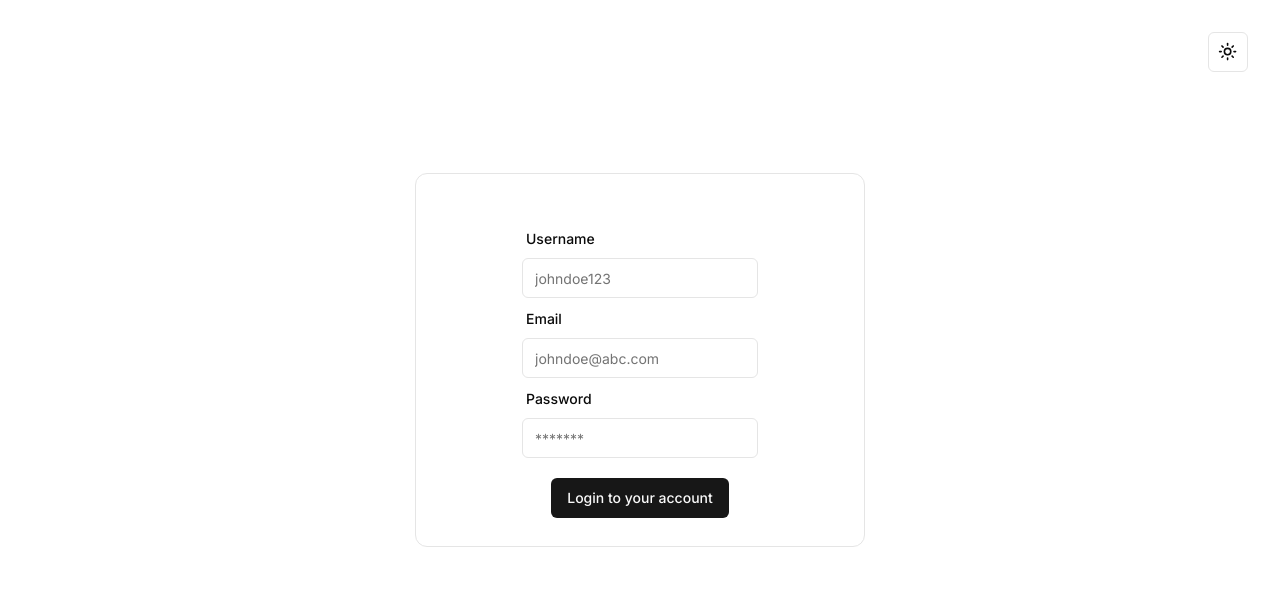
Repository: nickgoel31/authentication-toolkit
Page: /sign-up
These files come from the project's save history. The page is drawn as it stood at one moment and after the next save; the edit follows.
The browser window is 1280 px wide. The pictures show the whole page.
The project was rebuilt for these pictures with package versions that can differ from the ones it lists, and the page was loaded fresh each time. The framework's server and built-in components were replaced by stand-ins that run in the browser. Also part of the build but not shown: next.config.mjs.

Above is the page before, as saved 2024-02-04 13:54:24.

### app/layout.tsx
import type { Metadata } from "next";
import { Inter } from "next/font/google";
import "./globals.css";
import { ThemeProvider } from "@/providers/theme-provider";
import { ModeToggle } from "@/components/mode-toggle";

const inter = Inter({ subsets: ["latin"] });

export const metadata: Metadata = {
  title: "Authentication App",
  description: "Generated by create next app",
};

export default function RootLayout({
  children,
}: Readonly<{
  children: React.ReactNode;
}>) {
  return (
    <html lang="en">
      <body className={inter.className}>
      <ThemeProvider
        attribute="class"
        defaultTheme="system"
        enableSystem
        disableTransitionOnChange
        >
        <div className="relative h-full">
          {children}
          <div className="absolute top-8 right-8">
            <ModeToggle />
          </div>
        </div>

      </ThemeProvider>
      </body>
    </html>
  );
}

### app/(auth)/layout.tsx
import React from 'react'

const AuthLayout = ({children} : {children:React.ReactNode}) => {
  return (
    <div className='h-full flex flex-col items-center justify-center'>
        {children}
    </div>
  )
}

export default AuthLayout

### app/(auth)/sign-up/page.tsx
import FormWrapper from '@/components/auth/form-wrapper'
import SignUpForm from '@/components/auth/sign-up-form'
import React from 'react'

const SignUpPage = () => {
  return (
    <FormWrapper

    >
      <SignUpForm />
    </FormWrapper>
  )
}

export default SignUpPage

### app/globals.css
@tailwind base;
@tailwind components;
@tailwind utilities;

html,body{
  height: 100%;
}

@layer base {
  :root {
    --background: 0 0% 100%;
    --foreground: 0 0% 3.9%;

    --card: 0 0% 100%;
    --card-foreground: 0 0% 3.9%;

    --popover: 0 0% 100%;
    --popover-foreground: 0 0% 3.9%;

    --primary: 0 0% 9%;
    --primary-foreground: 0 0% 98%;

    --secondary: 0 0% 96.1%;
    --secondary-foreground: 0 0% 9%;

    --muted: 0 0% 96.1%;
    --muted-foreground: 0 0% 45.1%;

    --accent: 0 0% 96.1%;
    --accent-foreground: 0 0% 9%;

    --destructive: 0 84.2% 60.2%;
    --destructive-foreground: 0 0% 98%;

    --border: 0 0% 89.8%;
    --input: 0 0% 89.8%;
    --ring: 0 0% 3.9%;

    --radius: 0.5rem;
  }

  .dark {
    --background: 0 0% 3.9%;
    --foreground: 0 0% 98%;

    --card: 0 0% 3.9%;
    --card-foreground: 0 0% 98%;

    --popover: 0 0% 3.9%;
    --popover-foreground: 0 0% 98%;

    --primary: 0 0% 98%;
    --primary-foreground: 0 0% 9%;

    --secondary: 0 0% 14.9%;
    --secondary-foreground: 0 0% 98%;

    --muted: 0 0% 14.9%;
    --muted-foreground: 0 0% 63.9%;

    --accent: 0 0% 14.9%;
    --accent-foreground: 0 0% 98%;

    --destructive: 0 62.8% 30.6%;
    --destructive-foreground: 0 0% 98%;

    --border: 0 0% 14.9%;
    --input: 0 0% 14.9%;
    --ring: 0 0% 83.1%;
  }
}

@layer base {
  * {
    @apply border-border;
  }
  body {
    @apply bg-background text-foreground;
  }
}

### components/mode-toggle.tsx
"use client"

import * as React from "react"
import { Moon, Sun } from "lucide-react"
import { useTheme } from "next-themes"

import { Button } from "@/components/ui/button"
import {
  DropdownMenu,
  DropdownMenuContent,
  DropdownMenuItem,
  DropdownMenuTrigger,
} from "@/components/ui/dropdown-menu"

export function ModeToggle() {
  const { setTheme } = useTheme()

  return (
    <DropdownMenu>
      <DropdownMenuTrigger asChild>
        <Button variant="outline" size="icon">
          <Sun className="h-[1.2rem] w-[1.2rem] rotate-0 scale-100 transition-all dark:-rotate-90 dark:scale-0" />
          <Moon className="absolute h-[1.2rem] w-[1.2rem] rotate-90 scale-0 transition-all dark:rotate-0 dark:scale-100" />
          <span className="sr-only">Toggle theme</span>
        </Button>
      </DropdownMenuTrigger>
      <DropdownMenuContent align="end">
        <DropdownMenuItem onClick={() => setTheme("light")}>
          Light
        </DropdownMenuItem>
        <DropdownMenuItem onClick={() => setTheme("dark")}>
          Dark
        </DropdownMenuItem>
        <DropdownMenuItem onClick={() => setTheme("system")}>
          System
        </DropdownMenuItem>
      </DropdownMenuContent>
    </DropdownMenu>
  )
}

### components/auth/form-wrapper.tsx
import React from 'react'
import { Button } from '../ui/button';
import { FaGoogle } from 'react-icons/fa6';
import { BsGithub } from 'react-icons/bs';

interface FormWrapperProps {
    children:React.ReactNode;
    title?: string | undefined;
    tag?: string | undefined;
    showSocial?: boolean;
    backHref?: string | undefined;
    backLabel?: string | undefined;
}

const FormWrapper = ({children, title, tag, backHref, backLabel, showSocial=false} : FormWrapperProps) => {
  return (
    <div className='flex flex-col items-center justify-center text-center p-6 py-7 border w-[450px] rounded-xl'>
        <div className='flex flex-col gap-2'>
            <h2 className='text-3xl font-semibold'>{title}</h2>
            <p className='text-muted-foreground font-medium'>{tag}</p>
            <div className='mt-2 flex flex-col text-start'>
                {children}
            </div>

        </div>
        <div className='w-full'>
            {showSocial && (
                <>
                    <hr  className='mt-5 mb-5'/>
                    <div className='flex items-center justify-center gap-3 w-full'>
                        <Button variant={'outline'} className='w-full'><BsGithub size={18}/></Button>
                        <Button variant={'outline'} className='w-full flex items-center gap-2'>
                            <FaGoogle size={17}/></Button>
                    </div>
                </>
            )}
        </div>
    </div>
  )
}

export default FormWrapper

### components/auth/sign-up-form.tsx
"use client"

import React from 'react'
import { zodResolver } from "@hookform/resolvers/zod"
import { useForm } from "react-hook-form"
import { z } from "zod"

import { Button } from "@/components/ui/button"
import {
  Form,
  FormControl,
  FormDescription,
  FormField,
  FormItem,
  FormLabel,
  FormMessage,
} from "@/components/ui/form"
import { Input } from "@/components/ui/input"
import { loginSchema, registerSchema } from '@/schemas'
import { login } from '@/actions/login'

const SignUpForm = () => {

    const form = useForm<z.infer<typeof registerSchema>>({
        resolver: zodResolver(registerSchema),
        defaultValues:{
            userName:"",
            email:"",
            password: ""
        }
    })

    const onSubmit = (values: z.infer<typeof registerSchema>) => {
        console.log(values)
    }


  return (
    <Form {...form}>
        <form  onSubmit={form.handleSubmit(onSubmit)}>

            <FormField
                control={form.control}
                name="userName"
                render={({field}) => (
                <FormItem>
                    <FormLabel className='ml-1'>Username</FormLabel>
                    <FormControl>
                        <Input type='text' placeholder='johndoe123' {...field}/>
                    </FormControl>
                    <FormDescription />
                    <FormMessage />
                </FormItem>
                )}
            />

            <FormField
                control={form.control}
                name="email"
                render={({field}) => (
                <FormItem>
                    <FormLabel className='ml-1'>Email</FormLabel>
                    <FormControl>
                        <Input type='email' placeholder='johndoe@abc.com' {...field}/>
                    </FormControl>
                    <FormDescription />
                    <FormMessage />
                </FormItem>
                )}
            />
            <FormField
                control={form.control}
                name="password"
                render={({field}) => (
                <FormItem>
                    <FormLabel className='ml-1'>Password</FormLabel>
                    <FormControl>
                        <Input type='password' placeholder='*******' {...field}/>
                    </FormControl>
                    <FormDescription />
                    <FormMessage />
                </FormItem>
                )}
            />

            <div className='w-full items-center justify-center flex mt-5'>
                <Button type='submit' className=''>Login to your account</Button>
            </div>
        </form>
    </Form>
  )
}

export default SignUpForm

### components/ui/button.tsx
import * as React from "react"
import { Slot } from "@radix-ui/react-slot"
import { cva, type VariantProps } from "class-variance-authority"

import { cn } from "@/lib/utils"

const buttonVariants = cva(
  "inline-flex items-center justify-center whitespace-nowrap rounded-md text-sm font-medium ring-offset-background transition-colors focus-visible:outline-none focus-visible:ring-2 focus-visible:ring-ring focus-visible:ring-offset-2 disabled:pointer-events-none disabled:opacity-50",
  {
    variants: {
      variant: {
        default: "bg-primary text-primary-foreground hover:bg-primary/90",
        destructive:
          "bg-destructive text-destructive-foreground hover:bg-destructive/90",
        outline:
          "border border-input bg-background hover:bg-accent hover:text-accent-foreground",
        secondary:
          "bg-secondary text-secondary-foreground hover:bg-secondary/80",
        ghost: "hover:bg-accent hover:text-accent-foreground",
        link: "text-primary underline-offset-4 hover:underline",
      },
      size: {
        default: "h-10 px-4 py-2",
        sm: "h-9 rounded-md px-3",
        lg: "h-11 rounded-md px-8",
        icon: "h-10 w-10",
      },
    },
    defaultVariants: {
      variant: "default",
      size: "default",
    },
  }
)

export interface ButtonProps
  extends React.ButtonHTMLAttributes<HTMLButtonElement>,
    VariantProps<typeof buttonVariants> {
  asChild?: boolean
}

const Button = React.forwardRef<HTMLButtonElement, ButtonProps>(
  ({ className, variant, size, asChild = false, ...props }, ref) => {
    const Comp = asChild ? Slot : "button"
    return (
      <Comp
        className={cn(buttonVariants({ variant, size, className }))}
        ref={ref}
        {...props}
      />
    )
  }
)
Button.displayName = "Button"

export { Button, buttonVariants }

### components/ui/dropdown-menu.tsx
"use client"

import * as React from "react"
import * as DropdownMenuPrimitive from "@radix-ui/react-dropdown-menu"
import { Check, ChevronRight, Circle } from "lucide-react"

import { cn } from "@/lib/utils"

const DropdownMenu = DropdownMenuPrimitive.Root

const DropdownMenuTrigger = DropdownMenuPrimitive.Trigger

const DropdownMenuGroup = DropdownMenuPrimitive.Group

const DropdownMenuPortal = DropdownMenuPrimitive.Portal

const DropdownMenuSub = DropdownMenuPrimitive.Sub

const DropdownMenuRadioGroup = DropdownMenuPrimitive.RadioGroup

const DropdownMenuSubTrigger = React.forwardRef<
  React.ElementRef<typeof DropdownMenuPrimitive.SubTrigger>,
  React.ComponentPropsWithoutRef<typeof DropdownMenuPrimitive.SubTrigger> & {
    inset?: boolean
  }
>(({ className, inset, children, ...props }, ref) => (
  <DropdownMenuPrimitive.SubTrigger
    ref={ref}
    className={cn(
      "flex cursor-default select-none items-center rounded-sm px-2 py-1.5 text-sm outline-none focus:bg-accent data-[state=open]:bg-accent",
      inset && "pl-8",
      className
    )}
    {...props}
  >
    {children}
    <ChevronRight className="ml-auto h-4 w-4" />
  </DropdownMenuPrimitive.SubTrigger>
))
DropdownMenuSubTrigger.displayName =
  DropdownMenuPrimitive.SubTrigger.displayName

const DropdownMenuSubContent = React.forwardRef<
  React.ElementRef<typeof DropdownMenuPrimitive.SubContent>,
  React.ComponentPropsWithoutRef<typeof DropdownMenuPrimitive.SubContent>
>(({ className, ...props }, ref) => (
  <DropdownMenuPrimitive.SubContent
    ref={ref}
    className={cn(
      "z-50 min-w-[8rem] overflow-hidden rounded-md border bg-popover p-1 text-popover-foreground shadow-lg data-[state=open]:animate-in data-[state=closed]:animate-out data-[state=closed]:fade-out-0 data-[state=open]:fade-in-0 data-[state=closed]:zoom-out-95 data-[state=open]:zoom-in-95 data-[side=bottom]:slide-in-from-top-2 data-[side=left]:slide-in-from-right-2 data-[side=right]:slide-in-from-left-2 data-[side=top]:slide-in-from-bottom-2",
      className
    )}
    {...props}
  />
))
DropdownMenuSubContent.displayName =
  DropdownMenuPrimitive.SubContent.displayName

const DropdownMenuContent = React.forwardRef<
  React.ElementRef<typeof DropdownMenuPrimitive.Content>,
  React.ComponentPropsWithoutRef<typeof DropdownMenuPrimitive.Content>
>(({ className, sideOffset = 4, ...props }, ref) => (
  <DropdownMenuPrimitive.Portal>
    <DropdownMenuPrimitive.Content
      ref={ref}
      sideOffset={sideOffset}
      className={cn(
        "z-50 min-w-[8rem] overflow-hidden rounded-md border bg-popover p-1 text-popover-foreground shadow-md data-[state=open]:animate-in data-[state=closed]:animate-out data-[state=closed]:fade-out-0 data-[state=open]:fade-in-0 data-[state=closed]:zoom-out-95 data-[state=open]:zoom-in-95 data-[side=bottom]:slide-in-from-top-2 data-[side=left]:slide-in-from-right-2 data-[side=right]:slide-in-from-left-2 data-[side=top]:slide-in-from-bottom-2",
        className
      )}
      {...props}
    />
  </DropdownMenuPrimitive.Portal>
))
DropdownMenuContent.displayName = DropdownMenuPrimitive.Content.displayName

const DropdownMenuItem = React.forwardRef<
  React.ElementRef<typeof DropdownMenuPrimitive.Item>,
  React.ComponentPropsWithoutRef<typeof DropdownMenuPrimitive.Item> & {
    inset?: boolean
  }
>(({ className, inset, ...props }, ref) => (
  <DropdownMenuPrimitive.Item
    ref={ref}
    className={cn(
      "relative flex cursor-default select-none items-center rounded-sm px-2 py-1.5 text-sm outline-none transition-colors focus:bg-accent focus:text-accent-foreground data-[disabled]:pointer-events-none data-[disabled]:opacity-50",
      inset && "pl-8",
      className
    )}
    {...props}
  />
))
DropdownMenuItem.displayName = DropdownMenuPrimitive.Item.displayName

const DropdownMenuCheckboxItem = React.forwardRef<
  React.ElementRef<typeof DropdownMenuPrimitive.CheckboxItem>,
  React.ComponentPropsWithoutRef<typeof DropdownMenuPrimitive.CheckboxItem>
>(({ className, children, checked, ...props }, ref) => (
  <DropdownMenuPrimitive.CheckboxItem
    ref={ref}
    className={cn(
      "relative flex cursor-default select-none items-center rounded-sm py-1.5 pl-8 pr-2 text-sm outline-none transition-colors focus:bg-accent focus:text-accent-foreground data-[disabled]:pointer-events-none data-[disabled]:opacity-50",
      className
    )}
    checked={checked}
    {...props}
  >
    <span className="absolute left-2 flex h-3.5 w-3.5 items-center justify-center">
      <DropdownMenuPrimitive.ItemIndicator>
        <Check className="h-4 w-4" />
      </DropdownMenuPrimitive.ItemIndicator>
    </span>
    {children}
  </DropdownMenuPrimitive.CheckboxItem>
))
DropdownMenuCheckboxItem.displayName =
  DropdownMenuPrimitive.CheckboxItem.displayName

const DropdownMenuRadioItem = React.forwardRef<
  React.ElementRef<typeof DropdownMenuPrimitive.RadioItem>,
  React.ComponentPropsWithoutRef<typeof DropdownMenuPrimitive.RadioItem>
>(({ className, children, ...props }, ref) => (
  <DropdownMenuPrimitive.RadioItem
    ref={ref}
    className={cn(
      "relative flex cursor-default select-none items-center rounded-sm py-1.5 pl-8 pr-2 text-sm outline-none transition-colors focus:bg-accent focus:text-accent-foreground data-[disabled]:pointer-events-none data-[disabled]:opacity-50",
      className
    )}
    {...props}
  >
    <span className="absolute left-2 flex h-3.5 w-3.5 items-center justify-center">
      <DropdownMenuPrimitive.ItemIndicator>
        <Circle className="h-2 w-2 fill-current" />
      </DropdownMenuPrimitive.ItemIndicator>
    </span>
    {children}
  </DropdownMenuPrimitive.RadioItem>
))
DropdownMenuRadioItem.displayName = DropdownMenuPrimitive.RadioItem.displayName

const DropdownMenuLabel = React.forwardRef<
  React.ElementRef<typeof DropdownMenuPrimitive.Label>,
  React.ComponentPropsWithoutRef<typeof DropdownMenuPrimitive.Label> & {
    inset?: boolean
  }
>(({ className, inset, ...props }, ref) => (
  <DropdownMenuPrimitive.Label
    ref={ref}
    className={cn(
      "px-2 py-1.5 text-sm font-semibold",
      inset && "pl-8",
      className
    )}
    {...props}
  />
))
DropdownMenuLabel.displayName = DropdownMenuPrimitive.Label.displayName

const DropdownMenuSeparator = React.forwardRef<
  React.ElementRef<typeof DropdownMenuPrimitive.Separator>,
  React.ComponentPropsWithoutRef<typeof DropdownMenuPrimitive.Separator>
>(({ className, ...props }, ref) => (
  <DropdownMenuPrimitive.Separator
    ref={ref}
    className={cn("-mx-1 my-1 h-px bg-muted", className)}
    {...props}
  />
))
DropdownMenuSeparator.displayName = DropdownMenuPrimitive.Separator.displayName

const DropdownMenuShortcut = ({
  className,
  ...props
}: React.HTMLAttributes<HTMLSpanElement>) => {
  return (
    <span
      className={cn("ml-auto text-xs tracking-widest opacity-60", className)}
      {...props}
    />
  )
}
DropdownMenuShortcut.displayName = "DropdownMenuShortcut"

export {
  DropdownMenu,
  DropdownMenuTrigger,
  DropdownMenuContent,
  DropdownMenuItem,
  DropdownMenuCheckboxItem,
  DropdownMenuRadioItem,
  DropdownMenuLabel,
  DropdownMenuSeparator,
  DropdownMenuShortcut,
  DropdownMenuGroup,
  DropdownMenuPortal,
  DropdownMenuSub,
  DropdownMenuSubContent,
  DropdownMenuSubTrigger,
  DropdownMenuRadioGroup,
}

### components/ui/form.tsx
import * as React from "react"
import * as LabelPrimitive from "@radix-ui/react-label"
import { Slot } from "@radix-ui/react-slot"
import {
  Controller,
  ControllerProps,
  FieldPath,
  FieldValues,
  FormProvider,
  useFormContext,
} from "react-hook-form"

import { cn } from "@/lib/utils"
import { Label } from "@/components/ui/label"

const Form = FormProvider

type FormFieldContextValue<
  TFieldValues extends FieldValues = FieldValues,
  TName extends FieldPath<TFieldValues> = FieldPath<TFieldValues>
> = {
  name: TName
}

const FormFieldContext = React.createContext<FormFieldContextValue>(
  {} as FormFieldContextValue
)

const FormField = <
  TFieldValues extends FieldValues = FieldValues,
  TName extends FieldPath<TFieldValues> = FieldPath<TFieldValues>
>({
  ...props
}: ControllerProps<TFieldValues, TName>) => {
  return (
    <FormFieldContext.Provider value={{ name: props.name }}>
      <Controller {...props} />
    </FormFieldContext.Provider>
  )
}

const useFormField = () => {
  const fieldContext = React.useContext(FormFieldContext)
  const itemContext = React.useContext(FormItemContext)
  const { getFieldState, formState } = useFormContext()

  const fieldState = getFieldState(fieldContext.name, formState)

  if (!fieldContext) {
    throw new Error("useFormField should be used within <FormField>")
  }

  const { id } = itemContext

  return {
    id,
    name: fieldContext.name,
    formItemId: `${id}-form-item`,
    formDescriptionId: `${id}-form-item-description`,
    formMessageId: `${id}-form-item-message`,
    ...fieldState,
  }
}

type FormItemContextValue = {
  id: string
}

const FormItemContext = React.createContext<FormItemContextValue>(
  {} as FormItemContextValue
)

const FormItem = React.forwardRef<
  HTMLDivElement,
  React.HTMLAttributes<HTMLDivElement>
>(({ className, ...props }, ref) => {
  const id = React.useId()

  return (
    <FormItemContext.Provider value={{ id }}>
      <div ref={ref} className={cn("space-y-2", className)} {...props} />
    </FormItemContext.Provider>
  )
})
FormItem.displayName = "FormItem"

const FormLabel = React.forwardRef<
  React.ElementRef<typeof LabelPrimitive.Root>,
  React.ComponentPropsWithoutRef<typeof LabelPrimitive.Root>
>(({ className, ...props }, ref) => {
  const { error, formItemId } = useFormField()

  return (
    <Label
      ref={ref}
      className={cn(error && "text-destructive", className)}
      htmlFor={formItemId}
      {...props}
    />
  )
})
FormLabel.displayName = "FormLabel"

const FormControl = React.forwardRef<
  React.ElementRef<typeof Slot>,
  React.ComponentPropsWithoutRef<typeof Slot>
>(({ ...props }, ref) => {
  const { error, formItemId, formDescriptionId, formMessageId } = useFormField()

  return (
    <Slot
      ref={ref}
      id={formItemId}
      aria-describedby={
        !error
          ? `${formDescriptionId}`
          : `${formDescriptionId} ${formMessageId}`
      }
      aria-invalid={!!error}
      {...props}
    />
  )
})
FormControl.displayName = "FormControl"

const FormDescription = React.forwardRef<
  HTMLParagraphElement,
  React.HTMLAttributes<HTMLParagraphElement>
>(({ className, ...props }, ref) => {
  const { formDescriptionId } = useFormField()

  return (
    <p
      ref={ref}
      id={formDescriptionId}
      className={cn("text-sm text-muted-foreground", className)}
      {...props}
    />
  )
})
FormDescription.displayName = "FormDescription"

const FormMessage = React.forwardRef<
  HTMLParagraphElement,
  React.HTMLAttributes<HTMLParagraphElement>
>(({ className, children, ...props }, ref) => {
  const { error, formMessageId } = useFormField()
  const body = error ? String(error?.message) : children

  if (!body) {
    return null
  }

  return (
    <p
      ref={ref}
      id={formMessageId}
      className={cn("text-sm font-medium text-destructive", className)}
      {...props}
    >
      {body}
    </p>
  )
})
FormMessage.displayName = "FormMessage"

export {
  useFormField,
  Form,
  FormItem,
  FormLabel,
  FormControl,
  FormDescription,
  FormMessage,
  FormField,
}

### components/ui/input.tsx
import * as React from "react"

import { cn } from "@/lib/utils"

export interface InputProps
  extends React.InputHTMLAttributes<HTMLInputElement> {}

const Input = React.forwardRef<HTMLInputElement, InputProps>(
  ({ className, type, ...props }, ref) => {
    return (
      <input
        type={type}
        className={cn(
          "flex h-10 w-full rounded-md border border-input bg-background px-3 py-2 text-sm ring-offset-background file:border-0 file:bg-transparent file:text-sm file:font-medium placeholder:text-muted-foreground focus-visible:outline-none focus-visible:ring-2 focus-visible:ring-ring focus-visible:ring-offset-2 disabled:cursor-not-allowed disabled:opacity-50",
          className
        )}
        ref={ref}
        {...props}
      />
    )
  }
)
Input.displayName = "Input"

export { Input }

### schemas/index.ts
import {z} from "zod"

export const loginSchema = z.object({
    email: z.string().email(),
    password: z.string().min(1, {
        message: "Password must not be empty"
    })
})

export const registerSchema = z.object({
    userName:  z.string().min(4,{message: "Username cannot be blank"}),
    email: z.string().email(),
    password: z.string().min(5, {
        message: "Password must contain at least 5 characters"
    }).includes("@",{
        message: "Password should contain @ symbol"
    })
})

### components/ui/label.tsx
"use client"

import * as React from "react"
import * as LabelPrimitive from "@radix-ui/react-label"
import { cva, type VariantProps } from "class-variance-authority"

import { cn } from "@/lib/utils"

const labelVariants = cva(
  "text-sm font-medium leading-none peer-disabled:cursor-not-allowed peer-disabled:opacity-70"
)

const Label = React.forwardRef<
  React.ElementRef<typeof LabelPrimitive.Root>,
  React.ComponentPropsWithoutRef<typeof LabelPrimitive.Root> &
    VariantProps<typeof labelVariants>
>(({ className, ...props }, ref) => (
  <LabelPrimitive.Root
    ref={ref}
    className={cn(labelVariants(), className)}
    {...props}
  />
))
Label.displayName = LabelPrimitive.Root.displayName

export { Label }

Loaded but not shown: providers/theme-provider.tsx (common file); lib/utils.ts (common file); tailwind.config.ts (common file)

After the next save:
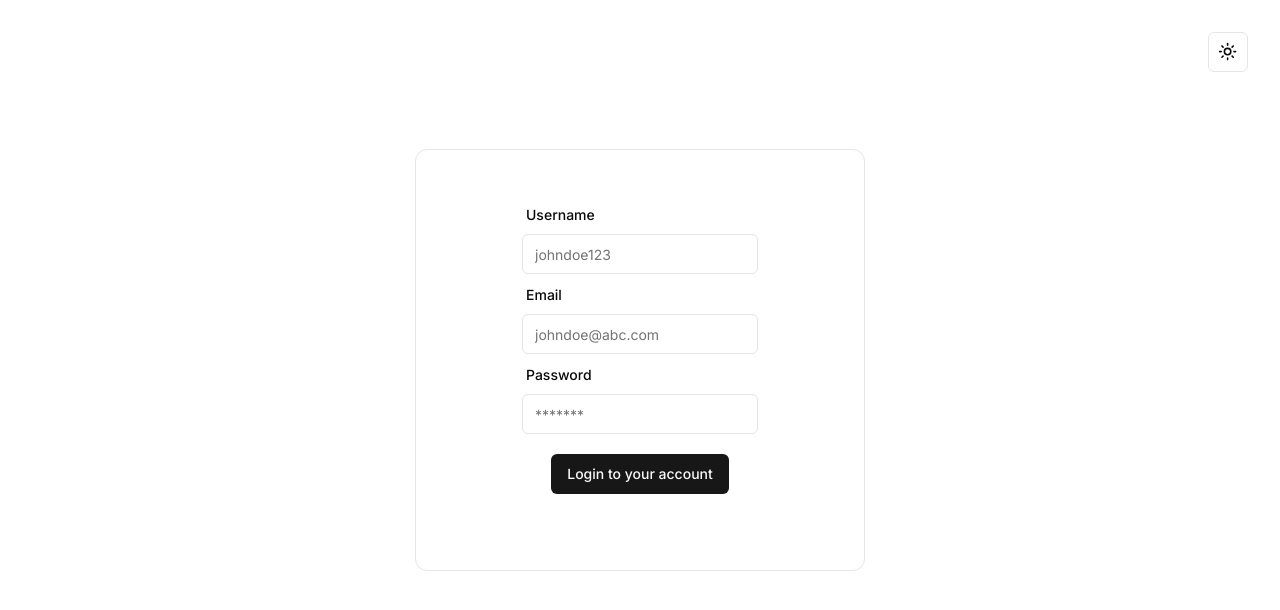
Saved 89 s later.
--- a/components/auth/form-wrapper.tsx
+++ b/components/auth/form-wrapper.tsx
@@ -2,13 +2,14 @@ import React from 'react'
 import { Button } from '../ui/button';
 import { FaGoogle } from 'react-icons/fa6';
 import { BsGithub } from 'react-icons/bs';
+import Link from 'next/link';
 
 interface FormWrapperProps {
     children:React.ReactNode;
     title?: string | undefined;
     tag?: string | undefined;
     showSocial?: boolean;
-    backHref?: string | undefined;
+    backHref: string;
     backLabel?: string | undefined;
 }
 
@@ -20,6 +21,10 @@ const FormWrapper = ({children, title, tag, backHref, backLabel, showSocial=fals
             <p className='text-muted-foreground font-medium'>{tag}</p>
             <div className='mt-2 flex flex-col text-start'>
                 {children}
+            </div>
+
+            <div className='items-center flex justify-center'>
+                <Button variant={"link"}><Link href={backHref}>{backLabel}</Link></Button>
             </div>
 
         </div>
